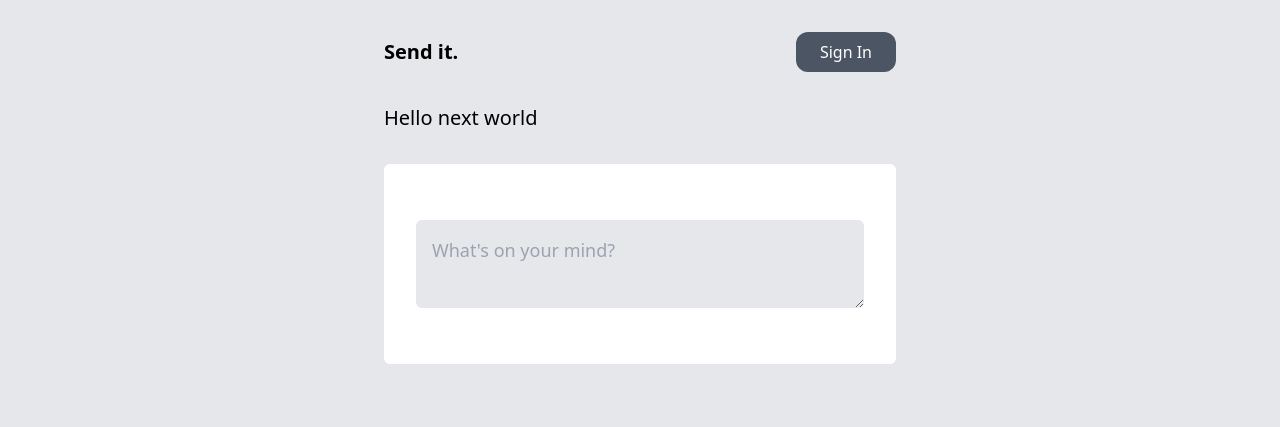
Repository: AMT98/SEND-IT
Page: /
An editor plug-in stored every save of this project. The page is shown before and after the next save, followed by the edit.
The browser window is 1280 px wide. The pictures show the whole page.
The page's requests for data from a server got no answer. The project was rebuilt for these pictures with package versions that can differ from the ones it lists, and the page was loaded fresh each time. The framework's server and built-in components were replaced by stand-ins that run in the browser. No one was signed in, and anything a server would have sent is missing. Also part of the build but not shown: next.config.js, app/auth/Logged.tsx.

Above is the page before, as saved 2023-02-14 17:00:49.

### app/layout.jsx
import Nav from "./auth/Nav";
import "./globals.css";
import { Roboto } from "@next/font/google";
const roboto = Roboto ({
  subsets: ["latin"],
  weight: ['400', "700"],
  variable: "--font-roboto"
})
export default function RootLayout({ children }) {
  return (
    <html lang="en">
      {/*
        <head /> will contain the components returned by the nearest parent
        head.tsx. Find out more at https://beta.nextjs.org/docs/api-reference/file-conventions/head
      */}
      <head />
      <body className={`mx-4 md:mx-48 xl:mx-96 ${roboto.variable} bg-gray-200`}>
        <Nav />
        {children}
      </body>
    </html>
  );
}

### app/page.tsx
"use client";
import AddPost from "./components/AddPost";

export default function Home() {
  return (
    <main>
      <h1 className="text-xl">Hello next world</h1>
      <AddPost />
    </main>
  );
}

### app/auth/Nav.tsx
import Link from "next/link";
import Login from "./Login";
import { getServerSession } from "next-auth/next";
import { authOptions } from "../../pages/api/auth/[...nextauth]";
import Logged from "./Logged";

const Nav = async () => {
  const session = await getServerSession(authOptions);

  return (
    <nav className="flex justify-between items-center py-8">
      <Link href={"/"}>
        <h1 className="font-bold text-xl">Send it.</h1>
      </Link>
      <ul className="flex items-center gap-6">
        {!session?.user && <Login />}
        {session?.user && <Logged image={session.user?.image || ""} />}
      </ul>
    </nav>
  );
};

export default Nav;

### app/globals.css
@tailwind base;
@tailwind components;
@tailwind utilities;

:root {
  --max-width: 1100px;
  --border-radius: 12px;
  --font-mono: ui-monospace, Menlo, Monaco, 'Cascadia Mono', 'Segoe UI Mono',
    'Roboto Mono', 'Oxygen Mono', 'Ubuntu Monospace', 'Source Code Pro',
    'Fira Mono', 'Droid Sans Mono', 'Courier New', monospace;

  --foreground-rgb: 0, 0, 0;
  --background-start-rgb: 214, 219, 220;
  --background-end-rgb: 255, 255, 255;

  --primary-glow: conic-gradient(
    from 180deg at 50% 50%,
    #16abff33 0deg,
    #0885ff33 55deg,
    #54d6ff33 120deg,
    #0071ff33 160deg,
    transparent 360deg
  );
  --secondary-glow: radial-gradient(
    rgba(255, 255, 255, 1),
    rgba(255, 255, 255, 0)
  );

  --tile-start-rgb: 239, 245, 249;
  --tile-end-rgb: 228, 232, 233;
  --tile-border: conic-gradient(
    #00000080,
    #00000040,
    #00000030,
    #00000020,
    #00000010,
    #00000010,
    #00000080
  );

  --callout-rgb: 238, 240, 241;
  --callout-border-rgb: 172, 175, 176;
  --card-rgb: 180, 185, 188;
  --card-border-rgb: 131, 134, 135;
}

@media (prefers-color-scheme: dark) {
  :root {
    --foreground-rgb: 255, 255, 255;
    --background-start-rgb: 0, 0, 0;
    --background-end-rgb: 0, 0, 0;

    --primary-glow: radial-gradient(rgba(1, 65, 255, 0.4), rgba(1, 65, 255, 0));
    --secondary-glow: linear-gradient(
      to bottom right,
      rgba(1, 65, 255, 0),
      rgba(1, 65, 255, 0),
      rgba(1, 65, 255, 0.3)
    );

    --tile-start-rgb: 2, 13, 46;
    --tile-end-rgb: 2, 5, 19;
    --tile-border: conic-gradient(
      #ffffff80,
      #ffffff40,
      #ffffff30,
      #ffffff20,
      #ffffff10,
      #ffffff10,
      #ffffff80
    );

    --callout-rgb: 20, 20, 20;
    --callout-border-rgb: 108, 108, 108;
    --card-rgb: 100, 100, 100;
    --card-border-rgb: 200, 200, 200;
  }
}

* {
  box-sizing: border-box;
  padding: 0;
  margin: 0;
}

html,
body {
  max-width: 100vw;
  overflow-x: hidden;
}

### app/components/AddPost.tsx
"use client";
import { useState } from "react";

export default function CreatePost() {
  const [title, setTitle] = useState("");
  return (
    <form className="bg-white my-8 p-8 rounded-md">
      <div className="flex flex-col my-4">
        <textarea
          onChange={(e) => setTitle(e.target.value)}
          name="title"
          value={title}
          placeholder="What's on your mind?"
          className="p-4 text-lg rounded-md my-2 bg-gray-200"
        ></textarea>
      </div>
      <div>

      </div>
    </form>
  );
}

### app/auth/Login.tsx
"use client";
import { signIn } from "next-auth/react";

export default function Login() {
  return (
    <li className="list-none">
      <button onClick={() => signIn()} className="text-md bg-gray-600 text-white py-2 px-6 rounded-xl disabled:opacity-25">
        Sign In
      </button>
    </li>
  );
}

### pages/api/auth/[...nextauth].js
import NextAuth from "next-auth";
import GoogleProvider from "next-auth/providers/google";
import { PrismaAdapter } from "@next-auth/prisma-adapter";
import prisma from "../../../prisma/client";

export const authOptions = {
  adapter: PrismaAdapter(prisma),
  providers: [
    GoogleProvider({
      clientId: process.env.GOOGLE_CLIENT_ID,
      clientSecret: process.env.GOOGLE_CLIENT_SECRET,
    }),
  ],
};

export default NextAuth(authOptions);

### prisma/client.js
import {PrismaClient} from "@prisma/client"
const client = globalThis.prisma || new PrismaClient()
if (process.env.NODE_ENV !== "production") globalThis.prisma = client

export default client

Loaded but not shown: tailwind.config.js (common file)

After the next save:
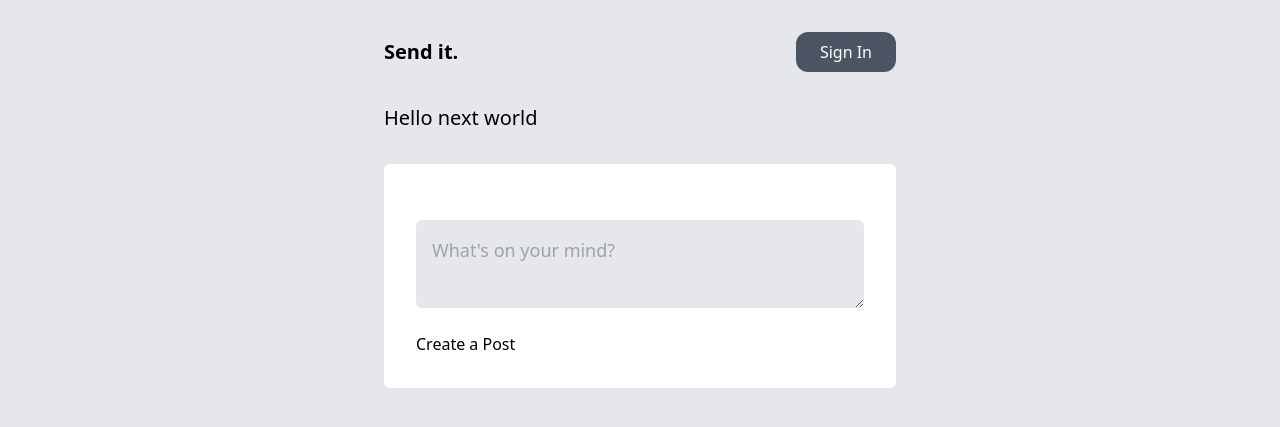
Saved 8 s later.
--- a/app/components/AddPost.tsx
+++ b/app/components/AddPost.tsx
@@ -15,7 +15,7 @@ export default function CreatePost() {
         ></textarea>
       </div>
       <div>
-
+        <button>Create a Post</button>
       </div>
     </form>
   );
